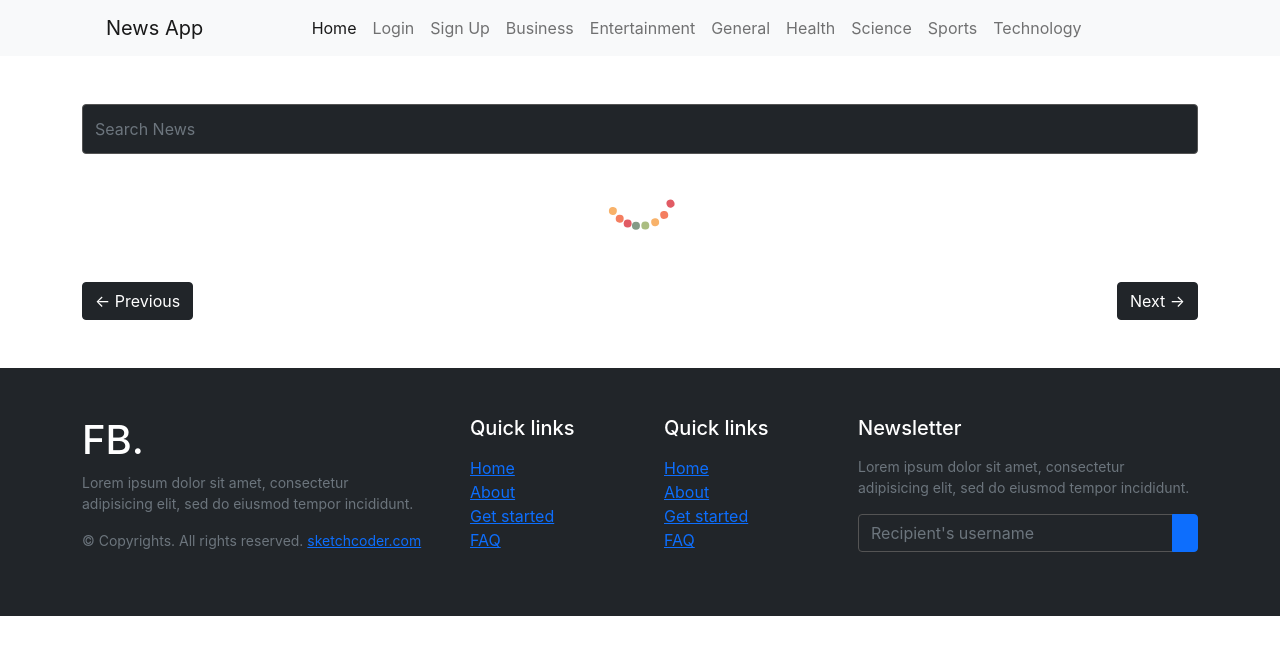
Repository: ZainAkbar51214/News-Site
Page: /
These files come from the project's save history. The page is drawn as it stood at one moment and after the next save; the edit follows.
The browser window is 1280 px wide. The pictures show the whole page.
The page's requests for data from a server got no answer. The project was rebuilt for these pictures with package versions that can differ from the ones it lists, and the page was loaded fresh each time. No one was signed in, and anything a server would have sent is missing. Also part of the build but not shown: src/Components/pages/Login.jsx, src/Components/pages/SignUp.jsx, src/Components/Layouts/NewsItem.js.

Above is the page before, as saved 2023-12-18 04:38:45.

### public/index.html
<!DOCTYPE html>
<html lang="en">
  <head>
    <meta charset="utf-8" />
    <link rel="icon" href="%PUBLIC_URL%/favicon.ico" />
    <meta name="viewport" content="width=device-width, initial-scale=1" />
    <meta name="theme-color" content="#000000" />
    <meta
      name="description"
      content="Web site created using create-react-app"
    />
    <link rel="apple-touch-icon" href="%PUBLIC_URL%/logo192.png" />

    <link rel="manifest" href="%PUBLIC_URL%/manifest.json" />

    <title>News App</title>
    <!-- Bootstrap cdn -->
    <link href="https://cdn.jsdelivr.net/npm/bootstrap@5.0.2/dist/css/bootstrap.min.css" rel="stylesheet" integrity="sha384-EVSTQN3/azprG1Anm3QDgpJLIm9Nao0Yz1ztcQTwFspd3yD65VohhpuuCOmLASjC" crossorigin="anonymous">
  </head>
  <body>
    <noscript>You need to enable JavaScript to run this app.</noscript>
    <div id="root"></div>


    <!-- Bootstrap Script -->
    <script src="https://cdn.jsdelivr.net/npm/@popperjs/core@2.9.2/dist/umd/popper.min.js" integrity="sha384-IQsoLXl5PILFhosVNubq5LC7Qb9DXgDA9i+tQ8Zj3iwWAwPtgFTxbJ8NT4GN1R8p" crossorigin="anonymous"></script>
<script src="https://cdn.jsdelivr.net/npm/bootstrap@5.0.2/dist/js/bootstrap.min.js" integrity="sha384-cVKIPhGWiC2Al4u+LWgxfKTRIcfu0JTxR+EQDz/bgldoEyl4H0zUF0QKbrJ0EcQF" crossorigin="anonymous"></script>
  </body>
</html>

### src/App.js
import React from "react";
import {
  BrowserRouter as Router,
  Switch,
  Route
} from "react-router-dom";
import Navbar from './Components/Header/Navbar';
import Footer from './Components/Footer/Footer';
import Login from "./Components/pages/Login";
import SignUp from "./Components/pages/SignUp";
import News from "./Components/Layouts/News";

function App() {
  return (
    <Router>
      <Navbar />
        <Switch>
          <Route path="/" exact><News key="general" pageSize={5} country="in" category="general" /></Route>
          <Route path="/business" exact><News key="business" pageSize={5} country="in" category="business" /></Route>
          <Route path="/entertainment" exact><News key="entertainment" pageSize={5} country="in" category="entertainment" /></Route>
          <Route path="/health" exact><News key="health" pageSize={5} country="in" category="health" /></Route>
          <Route path="/science" exact><News key="science" pageSize={5} country="in" category="science" /></Route>
          <Route path="/sports" exact><News key="sports" pageSize={5} country="in" category="sports" /></Route>
          <Route path="/technology" exact><News key="technology" pageSize={5} country="in" category="technology" /></Route>
          <Route path="/login">
            <Login />
          </Route>
          <Route path="/sign-up">
            <SignUp />
          </Route>
        </Switch>
      <Footer />
  </Router>
  );
}

export default App;

### src/Components/Header/Navbar.jsx
import React, { Component } from 'react';
import { Link } from 'react-router-dom';

class Navbar extends Component {
    render() {
        return (
            <div>
                <div className="container-fluid bg-light">
                <div className="container">
                    <div className="row">
                        <div className="col-md-12">
                            <nav className="navbar navbar-expand-lg navbar-light">
                                <div className="container-fluid">
                                    <Link className="navbar-brand" to="/">News App</Link>
                                    <button className="navbar-toggler" type="button" data-bs-toggle="collapse" data-bs-target="#navbarSupportedContent" aria-controls="navbarSupportedContent" aria-expanded="false" aria-label="Toggle navigation">
                                        <span className="navbar-toggler-icon"></span>
                                    </button>
                                    <div className="collapse navbar-collapse" id="navbarSupportedContent">
                                        <ul className="navbar-nav mx-auto mb-2 mb-lg-0">
                                            <li className="nav-item">
                                                <Link className="nav-link active" aria-current="page" to="/">Home</Link>
                                            </li>
                                            <li className="nav-item">
                                                <Link className="nav-link" to="/login">Login</Link>
                                            </li>
                                            <li className="nav-item">
                                                <Link className="nav-link" to="/sign-up">Sign Up</Link>
                                            </li>
                                            <li className="nav-item">
                                                <Link className="nav-link" to="/business">Business</Link>
                                            </li>
                                            <li className="nav-item">
                                                <Link className="nav-link" to="/entertainment">Entertainment</Link>
                                            </li>
                                            <li className="nav-item">
                                                <Link className="nav-link" to="/">General</Link>
                                            </li>
                                            <li className="nav-item">
                                                <Link className="nav-link" to="/health">Health</Link>
                                            </li>
                                            <li className="nav-item">
                                                <Link className="nav-link" to="/science">Science</Link>
                                            </li>
                                            <li className="nav-item">
                                                <Link className="nav-link" to="/sports">Sports</Link>
                                            </li>
                                            <li className="nav-item">
                                                <Link className="nav-link" to="/technology">Technology</Link>
                                            </li>
                                        </ul>
                                    </div>
                                </div>
                            </nav>
                        </div>
                    </div>
                </div>
            </div>
            </div>
        );
    }
}

export default Navbar;

### src/Components/Footer/Footer.jsx
import React from "react";
import { Link } from "react-router-dom";
import '../Footer/Footer.css';

const Navbar = () => {
    return (
        <>
            <div className="d-flex flex-column h-100" style={{overflow: 'hidden'}}>
                {/* <!-- FOOTER --> */}
                <footer className="w-100 py-4 flex-shrink-0">
                    <div className="container py-4">
                        <div className="row gy-4 gx-5">
                            <div className="col-lg-4 col-md-6">
                                <h5 className="h1 text-white">FB.</h5>
                                <p className="small text-muted">Lorem ipsum dolor sit amet, consectetur adipisicing elit, sed do eiusmod tempor incididunt.</p>
                                <p className="small text-muted mb-0">&copy; Copyrights. All rights reserved. <Link className="text-primary" to="https://sketchcoder.com" target="_blank">sketchcoder.com</Link></p>
                            </div>
                            <div className="col-lg-2 col-md-6">
                                <h5 className="text-white mb-3">Quick links</h5>
                                <ul className="list-unstyled text-muted">
                                    <li><Link to="#">Home</Link></li>
                                    <li><Link to="#">About</Link></li>
                                    <li><Link to="#">Get started</Link></li>
                                    <li><Link to="#">FAQ</Link></li>
                                </ul>
                            </div>
                            <div className="col-lg-2 col-md-6">
                                <h5 className="text-white mb-3">Quick links</h5>
                                <ul className="list-unstyled text-muted">
                                    <li><Link to="#">Home</Link></li>
                                    <li><Link to="#">About</Link></li>
                                    <li><Link to="#">Get started</Link></li>
                                    <li><Link to="#">FAQ</Link></li>
                                </ul>
                            </div>
                            <div className="col-lg-4 col-md-6">
                                <h5 className="text-white mb-3">Newsletter</h5>
                                <p className="small text-muted">Lorem ipsum dolor sit amet, consectetur adipisicing elit, sed do eiusmod tempor incididunt.</p>
                                <form action="#">
                                    <div className="input-group mb-3">
                                        <input className="form-control" type="text" placeholder="Recipient's username" aria-label="Recipient's username" aria-describedby="button-addon2" />
                                        <button className="btn btn-primary" id="button-addon2" type="button"><i className="fas fa-paper-plane"></i></button>
                                    </div>
                                </form>
                            </div>
                        </div>
                    </div>
                </footer>
            </div>
        </>
    )
}

export default Navbar;

### src/Components/Layouts/News.js
import React, { Component } from 'react';
import NewsItem from './NewsItem';
import Spinner from '../Spinner';
import PropTypes from 'prop-types';

class News extends Component {

    static defaultProps = {
        country: 'in',
        pageSize: 8,
        category: 'general'
      }
    static propTypes = {
        country: PropTypes.string,
        pageSize: PropTypes.number,
        category: PropTypes.string,

      }

    constructor(){
        super();
        this.state = {
            articles: [],
            loading: false,
            page: 1
        }
    }

    async componentDidMount(){
        let url =    `https://newsapi.org/v2/top-headlines?country=${this.props.country}&category=${this.props.category}&apiKey=e5869a5b7afe45f0975749f435cea4b5&page=${this.state.page - 1}&pageSize=${this.props.pageSize}`;
        this.setState({loading: true});
        let data = await fetch(url);
        let passData = await data.json();
        console.log(passData);
        this.setState({
            articles: passData.articles,
            totalResults: passData.totalResults,
            loading: false
        })

    }

    handPrevClick = async () => {
        console.log("prev");
        let url =    `https://newsapi.org/v2/top-headlines?country=${this.props.country}&category=${this.props.category}&apiKey=e5869a5b7afe45f0975749f435cea4b5&page=${this.state.page - 1}&pageSize=${this.props.pageSize}`;
        this.setState({loading: true});
        let data = await fetch(url);
        let passData = await data.json();
        console.log(passData);

        this.setState({
            page: this.state.page - 1,
            articles: passData.articles,
            loading: false
        })
    }
    handNextClick = async () => {
        console.log("Next");
        if(!(this.state.page + 1 > Math.ceil(this.state.totalResults/this.props.pageSize))){

        let url =  `https://newsapi.org/v2/top-headlines?country=${this.props.country}&category=${this.props.category}&apiKey=e5869a5b7afe45f0975749f435cea4b5&page=${this.state.page + 1}&pageSize=${this.props.pageSize}`;
        this.setState({loading: true});
        let data = await fetch(url);
        let passData = await data.json();
        console.log(passData);

        this.setState({
            page: this.state.page + 1,
            articles: passData.articles,
            loading: false
        })
        }
    }



    render() {
        return (
            <div className='container-fluid'>
                <div className='container'>
                    <div className='row'>
                        <div className='col-lg-12 mt-5'>
                            <input type='search' placeholder='Search News' className='form-control form-news' />
                        </div>
                    </div>
                    {
                        this.state.loading &&
                        <div className='row'>
                            <div className='col-lg-12 text-center'>
                                <Spinner />
                            </div>
                        </div>
                    }
                    <div className='row'>
                        {!this.state.loading && this.state.articles.map((element) => {
                           return element.urlToImage?<div className='col-lg-4 col-md-6 mt-5' key={element.url}>
                           <NewsItem title={element.title?element.title.slice(0, 45): ""} description={element.description?element.description.slice(0, 86): ""} imageUrl={element.urlToImage} newsUrl={element.url} />
                       </div>
                       :""
                        })}

                    </div>

                   <div className='row'>
                   <div className='col-lg-12 d-flex justify-content-between mt-5 mb-5'>
                        <button disabled={this.state.page<1} type='button' className='btn btn-dark' onClick={this.handPrevClick}>&larr; Previous</button>
                        <button disabled={this.state.page + 1 > Math.ceil(this.state.totalResults/this.props.pageSize)} type='button' className='btn btn-dark' onClick={this.handNextClick}>Next &rarr;</button>
                    </div>
                   </div>
                </div>
            </div>
        );
    }
}

export default News;

### src/Components/Footer/Footer.css
/* ==========================================
    FOR DEMO PURPOSE
  ========================================== */

  .text-small {
    font-size: 0.9rem;
  }

  .form-control {
    background: #212529;
    border-color: #545454;
  }

  .form-control:focus {
    background: #212529;
  }

  footer {
    background: #212529;
  }

### src/Components/Spinner.jsx
import React, { Component } from 'react';
import loading from '../img/index.svg';

class Spinner extends Component {
    render() {
        return (
            <div>
                <img src={loading} alt="loading" />
            </div>
        );
    }
}

export default Spinner;

### src/App.css
.App {
  text-align: center;
}

.App-logo {
  height: 40vmin;
  pointer-events: none;
}

@media (prefers-reduced-motion: no-preference) {
  .App-logo {
    animation: App-logo-spin infinite 20s linear;
  }
}

.App-header {
  background-color: #282c34;
  min-height: 100vh;
  display: flex;
  flex-direction: column;
  align-items: center;
  justify-content: center;
  font-size: calc(10px + 2vmin);
  color: white;
}

.App-link {
  color: #61dafb;
}

@keyframes App-logo-spin {
  from {
    transform: rotate(0deg);
  }
  to {
    transform: rotate(360deg);
  }
}

/* Login Css */
.bg-login{
  background: rgb(34,193,195);
  background: linear-gradient(135deg, rgba(34,193,195,1) 0%,     rgba(253,187,45,1) 100%);
  font-family: "work sans";
  padding: 100px 0;
  display: flex;
  justify-content: center;
}
#loginform{
  max-width: 500px;
  min-width: 300px;
  width: 30%;
  background-color: #FFFFFF;
  border-radius: 25px;
}

#headerTitle{
  text-align: center;
  font-family: 'open sans', sans-serif;
  padding: 2rem 0;
  margin: 0;
  font-size: 2rem;
}

.row-lab{
  display: flex;
  flex-direction: column;
  align-items: center;
  padding-top: 2rem;
  max-width: 100%;

}

.row-lab input{
  width: 80%;
  box-sizing: border-box;
	border: none;
  font-size: 1.3rem;
  padding-left: 1.5rem;
  padding-bottom: 1rem;
  box-shadow: inset 0px -3px 0px 0px rgba(187,187,187,0.2);
  transition: box-shadow 0.2s ease-in;
}

.row-lab input:focus{
   box-shadow: inset 0px -3px 0px 0px rgba(34,193,195,0.7);
   outline: none;
}

.row-lab input::-webkit-input-placeholder{
  opacity: 1;
  transition: opacity 0.25s ease-out;
}

.row-lab input:hover::-webkit-input-placeholder,
.row-lab input:focus::-webkit-input-placeholder{
  opacity: 0;
}

.row-lab label{
  align-self: start;
  padding-left: 4.5rem;
  padding-bottom: 0.5rem;
  color: rgba(187,187,187,0.9);
}

.row-lab button{
  border-radius: 25px;
  width: 80%;
  height: 40px;
  font-size: 1.3rem;
  color: white;
  font-weight: 700;
  background: rgb(34,193,195);
  background: linear-gradient(90deg, rgba(34,193,195,1) 0%,     rgba(253,187,45,1) 100%);
  border: 0px;
  cursor: pointer;
  transition: opacity 0.25s ease-out;
}

.row-lab button:hover{
  opacity: 0.8;
}

#button{
  padding-bottom: 1.5rem;
}

#facebookIcon{
  background-image:      url("https://image.flaticon.com/icons/svg/145/145802.svg");
  background-repeat: no-repeat;
  width: 3rem;
  height: 3rem;
}

#twitterIcon{
  background-image: url("https://image.flaticon.com/icons/svg/145/145812.svg");
  background-repeat: no-repeat;
  width: 3rem;
  height: 3rem;
}

#googleIcon{
  background-image: url("https://image.flaticon.com/icons/svg/145/145804.svg");
  background-repeat: no-repeat;
  width: 3rem;
  height: 3rem;
}

#iconGroup{
  display: flex;
  justify-content: center;
  padding: 2rem 0;
}

#iconGroup a{
  margin: 0 0.6rem;
}

#alternativeLogin {
   text-align: center;
   padding-top: 2rem;
   margin-top: 1.5rem;
}


/* News Css start */
.form-news{
  height: 50px;
}

Loaded but not shown: src/index.js (common file); src/index.css (common file); src/reportWebVitals.js (common file)

After the next save:
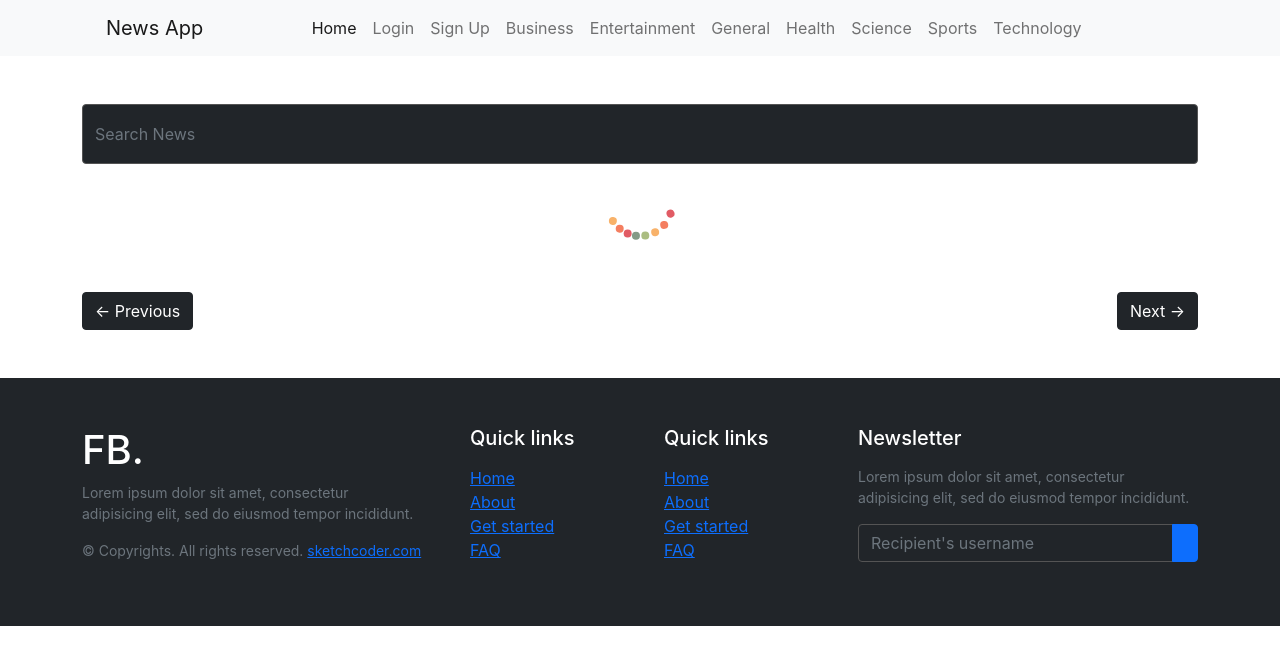
Saved 5 s later.
--- a/src/App.css
+++ b/src/App.css
@@ -166,5 +166,5 @@
 
 /* News Css start */
 .form-news{
-  height: 50px;
+  height: 60px;
 }
